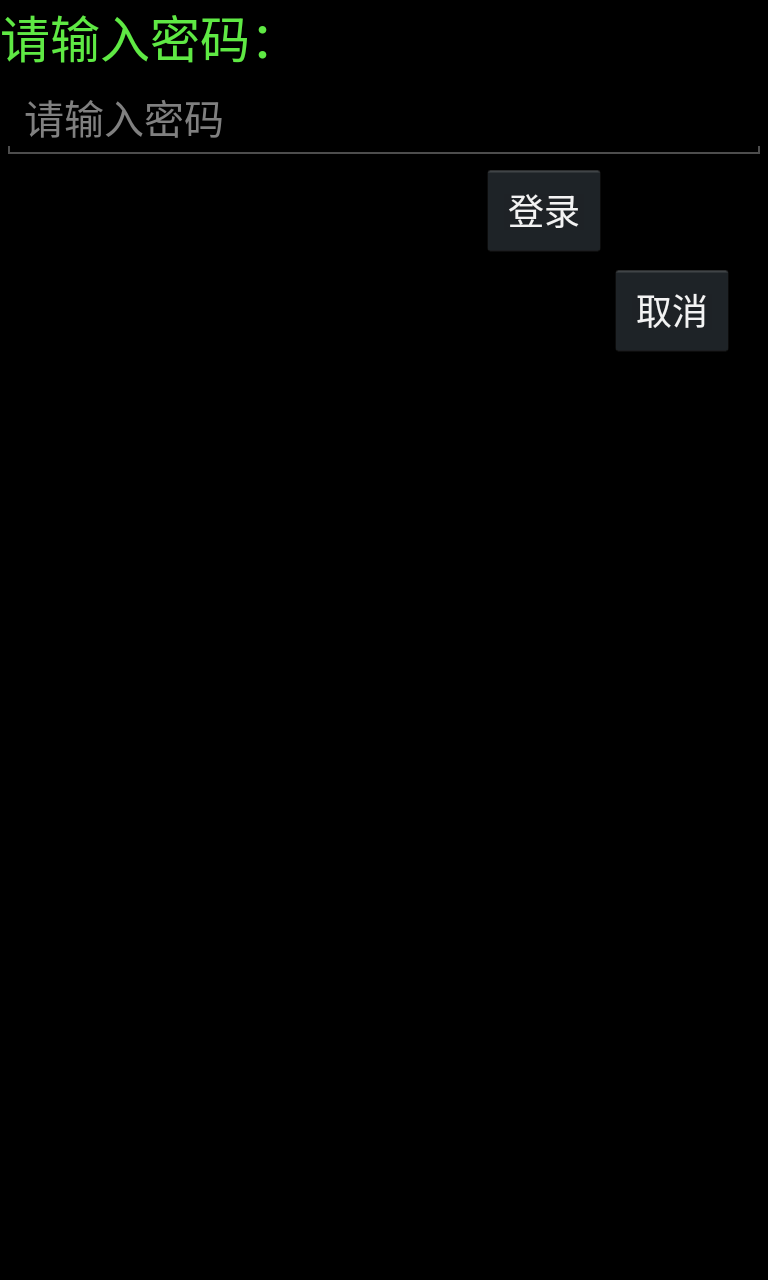
Repository: GuangmingChan/DevelopAndroidApp
Layout: demoButton2/res/layout/main.xml
An editor plug-in stored every save of this project. The layout is shown before and after the next save, followed by the edit.
It is drawn on a 768 x 1280 px phone screen (xhdpi) without system bars, with theme android:Theme.Holo; the app's code is not run.

Above is the layout before, as saved 2017-03-10 01:39:05.

### demoButton2/res/layout/main.xml
<?xml version="1.0" encoding="utf-8"?>
<RelativeLayout xmlns:android="http://schemas.android.com/apk/res/android"
    android:layout_width="fill_parent"
    android:layout_height="fill_parent"
    android:orientation="vertical" >

    <TextView
        android:id="@+id/textView1"
        android:layout_width="wrap_content"
        android:layout_height="wrap_content"
        android:textSize="25sp"
        android:textColor="#5fe944"
        android:text="请输入密码：" />

    <EditText
        android:id="@+id/et"
        android:layout_width="match_parent"
        android:layout_height="wrap_content"
        android:layout_below="@id/textView1"
        android:textSize="20sp"
        android:hint="请输入密码"
        android:inputType="textPassword"
        >
    </EditText>

    <Button
        android:id="@+id/btCancel"
        android:layout_width="wrap_content"
        android:layout_height="wrap_content"
        android:layout_alignParentRight="true"
        android:layout_below="@+id/et"
        android:layout_marginRight="16dp"
        android:layout_marginTop="50dp"
        android:text="取消" />

    <Button
        android:id="@+id/btLogin"
        android:layout_width="wrap_content"
        android:layout_height="wrap_content"
        android:layout_below="@+id/et"
        android:layout_toLeftOf="@+id/btCancel"
        android:text="登录" />

</RelativeLayout>

After the next save:
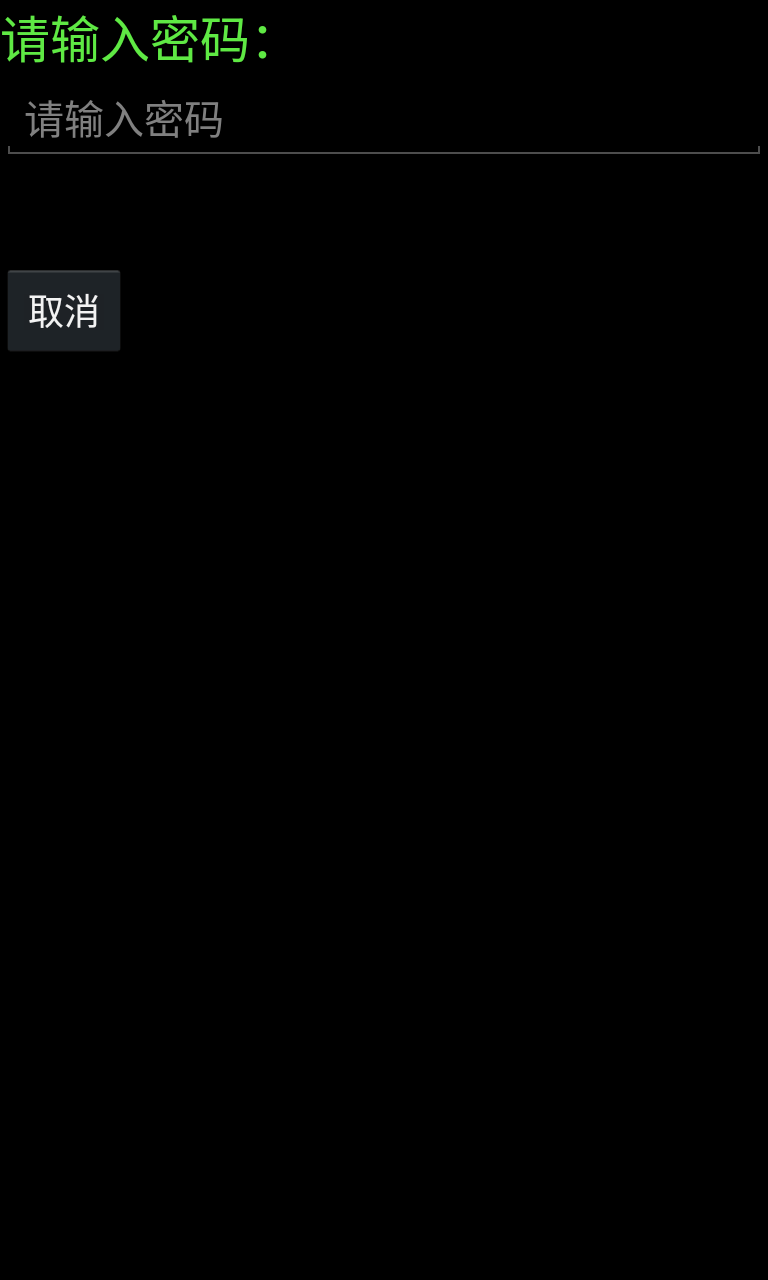
Saved 47 s later.
--- a/demoButton2/res/layout/main.xml
+++ b/demoButton2/res/layout/main.xml
@@ -27,7 +27,6 @@
         android:id="@+id/btCancel"
         android:layout_width="wrap_content"
         android:layout_height="wrap_content"
-        android:layout_alignParentRight="true"
         android:layout_below="@+id/et"
         android:layout_marginRight="16dp"
         android:layout_marginTop="50dp"
